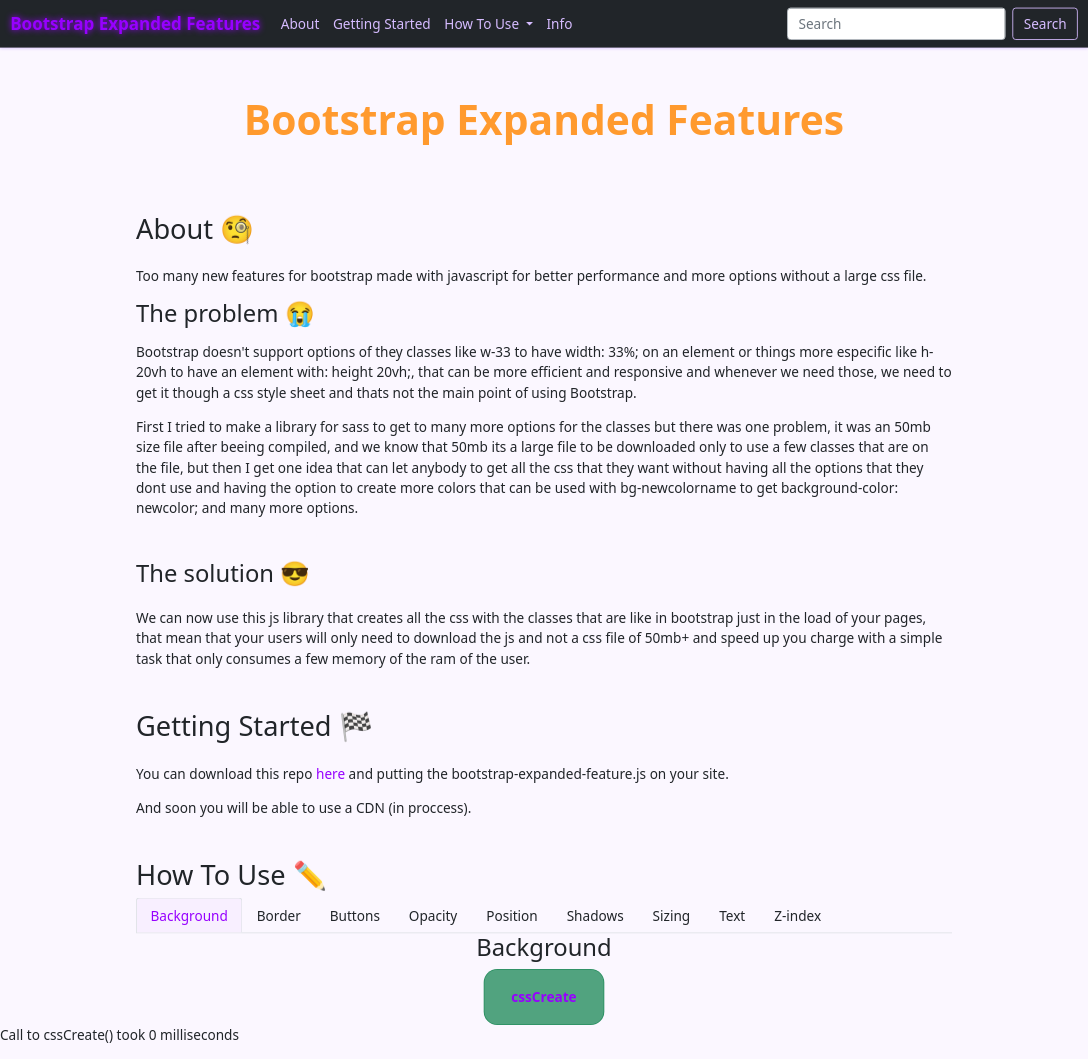
Repository: LynxPardelle/bootstrap-expanded-features
Page: index.html
An editor plug-in stored every save of this project. The page is shown before and after the next save, followed by the edit.
The browser window is 1280 px wide. The pictures show the whole page, at 85% of full size.

Above is the page before, as saved 2022-01-02 04:56:19.

After the next save:
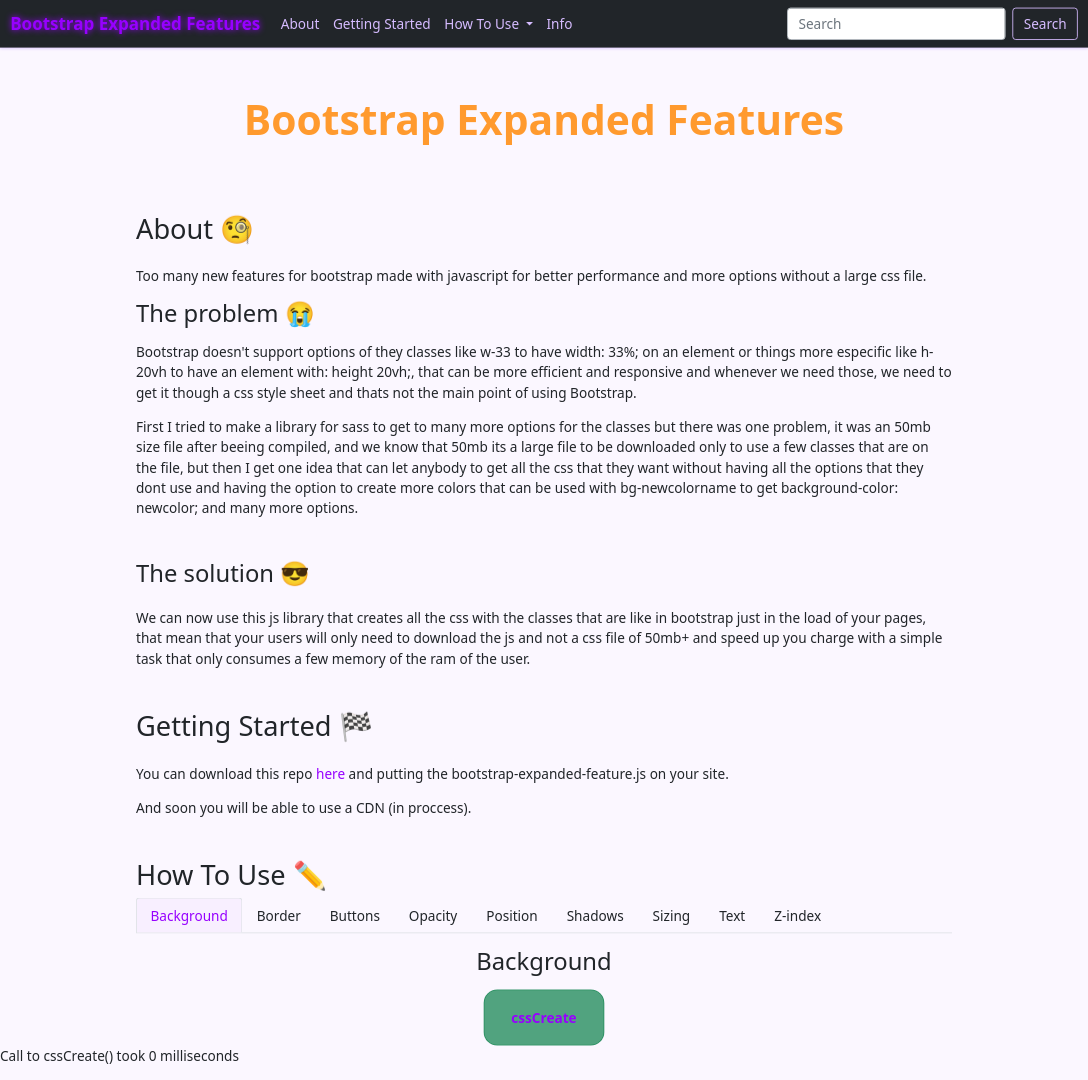
Saved 9 s later.
--- a/index.html
+++ b/index.html
@@ -351,7 +351,7 @@
             </nav>
             <div class="tab-content" id="nav-tabContent">
               <div
-                class="tab-pane fade show active"
+                class="tab-pane fade show active my-3"
                 id="nav-background"
                 role="tabpanel"
                 aria-labelledby="nav-background-tab"
